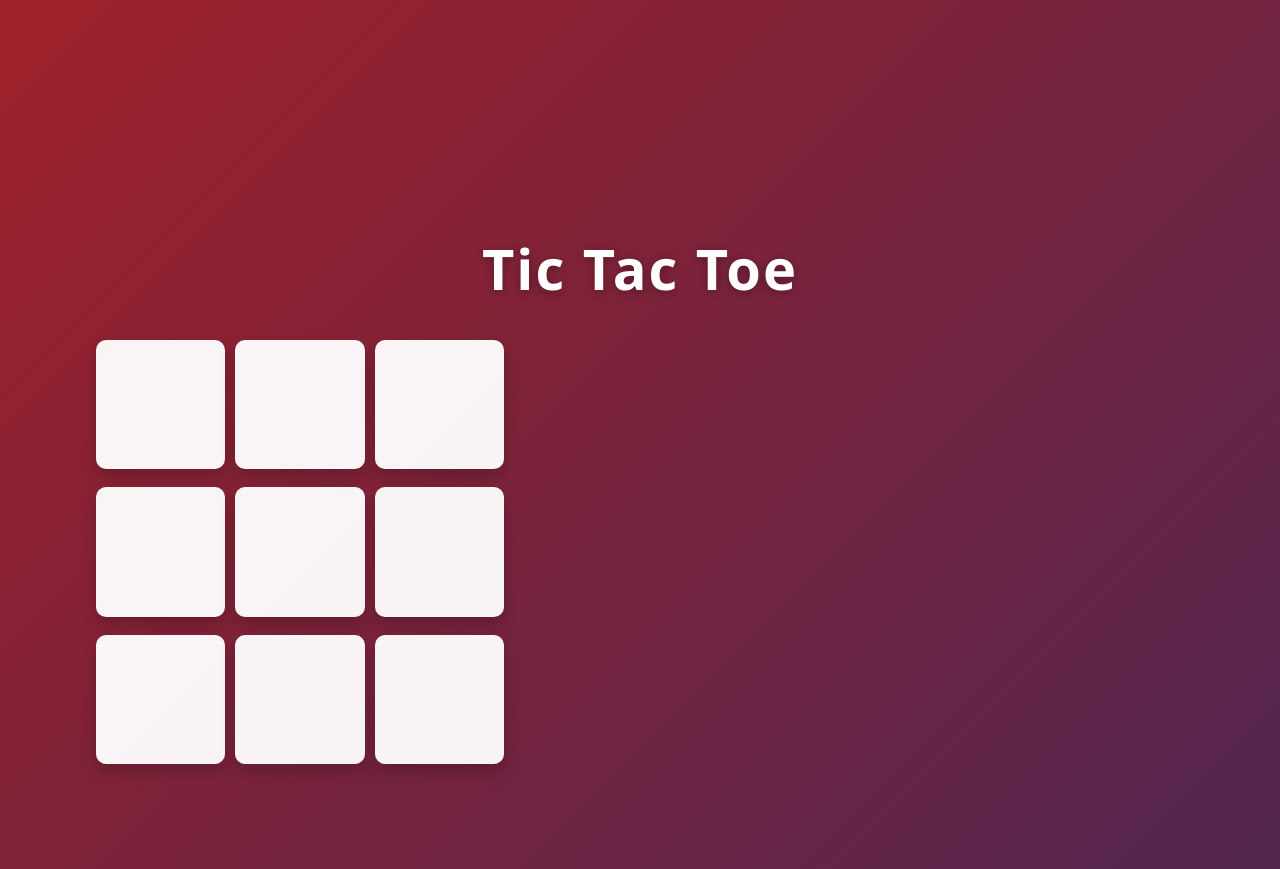
Repository: AreezAnsari/Tic-Tac-Toe
Page: Game/Game.html
These files come from the project's save history. The page is drawn as it stood at one moment and after the next save; the edit follows.
The browser window is 1280 px wide. The pictures show the whole page.

Above is the page before, as saved 2025-07-22 07:07:21.
Console error: TypeError: box.addEventListener is not a function

### Game/Game.html
<!DOCTYPE html>
<html lang="en">
<head>
    <meta charset="UTF-8">
    <meta name="viewport" content="width=device-width, initial-scale=1.0">
    <title>Document</title>
    <link rel="stylesheet" href="Game.css">
</head>
<body>

    <div class="msg-container hide">
        <p class="msg">Winner</p>
        <button class="new-btn">New Game</button>
    </div>
    <main>
        <h1>Tic Tac Toe</h1>
    <div class="container">
        <div class="game">
        <button class="box"></button>
        <button class="box"></button>
        <button class="box"></button>
        <button class="box"></button>
        <button class="box"></button>
        <button class="box"></button>
        <button class="box"></button>
        <button class="box"></button>
        <button class="box"></button>
        </div>
        </div>
        <button class="reset-btn hide">Reset</button>
    </main>
    <script src="Game.js"></script>
</body>
</html>

### Game/Game.css
* {
  margin: 0;
  padding: 0;
  box-sizing: border-box;
}

body {
    text-align: center;
    background: linear-gradient(135deg, #1a2a6c, #b21f1f, #1a2a6c);
    background-size: 400% 400%;
    animation: gradientBG 15s ease infinite;
    font-family: 'Segoe UI', Tahoma, Geneva, Verdana, sans-serif;

    /* REMOVE THESE ↓↓↓ */
    /* min-height: 100vh; */
    /* display: flex; */
    /* flex-direction: column; */
    /* align-items: center; */
    /* justify-content: center; */

    padding: 20px 0 0; /* Top padding only */
    color: #ffffff;
}

@keyframes gradientBG {
    0% { background-position: 0% 50%; }
    50% { background-position: 100% 50%; }
    100% { background-position: 0% 50%; }
}

h1 {
    color: #ffffff;
    margin: 10px 0 30px;
    font-size: 3.5rem;
    text-shadow: 0 2px 10px rgba(0,0,0,0.3);
    letter-spacing: 2px;
}

.container {
    margin-top: 30px; /* Controls top space */
    width: 100%;
    max-width: 600px;
    display: flex;
    flex-direction: column;
    align-items: center; /* ✅ This centers the inner content horizontally */
    justify-content: center;
}

.game {
    height: 60vmin;
    width: 60vmin;
    max-width: 500px;
    max-height: 500px;
    gap: 10px;
    display: flex;
    flex-wrap: wrap;
    align-items: center;
    justify-content: center;
    margin: 0 auto 30px;
    perspective: 1000px;
}

.box {
    background: rgba(255, 255, 255, 0.95);
    height: 18vmin;
    width: 18vmin;
    font-weight: bold;
    font-size: 5rem;
    border: none;
    border-radius: 10px;
    box-shadow: 0 8px 16px rgba(0, 0, 0, 0.2);
    cursor: pointer;
    transition: all 0.3s cubic-bezier(0.175, 0.885, 0.32, 1.275);
    color: #2c3e50;
    display: flex;
    align-items: center;
    justify-content: center;
}

.box:hover {
    transform: translateY(-5px) scale(1.05);
    box-shadow: 0 12px 20px rgba(0, 0, 0, 0.3);
    background: #ffffff;
}

.box:active {
    transform: scale(0.95);
}

.box.x {
    color: #e74c3c;
}

.box.o {
    color: #3498db;
}

.reset-btn, .new-btn {
    align-items: center;
    padding: 15px 30px;
    font-size: 1.1rem;
    font-weight: 600;
    background: rgba(255, 255, 255, 0.15);
    color: white;
    border: none;
    border-radius: 50px;
    cursor: pointer;
    transition: all 0.3s ease;
    backdrop-filter: blur(5px);
    box-shadow: 0 4px 15px rgba(0, 0, 0, 0.2);
    margin: 10px;
    min-width: 150px;
}

.reset-btn:hover, .new-btn:hover {
    background: rgba(255, 255, 255, 0.25);
    transform: translateY(-3px);
    box-shadow: 0 6px 20px rgba(0, 0, 0, 0.3);
}

.reset-btn:active, .new-btn:active {
    transform: translateY(1px);
}

.reset-btn {
    background: rgba(231, 76, 60, 0.7);
}

.reset-btn:hover {
    background: rgba(231, 76, 60, 0.9);
}

.new-btn {
    background: rgba(52, 152, 219, 0.7);
}

.new-btn:hover {
    background: rgba(52, 152, 219, 0.9);
}

.msg-container {
    height: auto;
    padding: 20px;
    background: rgba(255, 255, 255, 0.1);
    border-radius: 15px;
    backdrop-filter: blur(10px);
    box-shadow: 0 8px 32px rgba(0, 0, 0, 0.2);
    transition: all 0.5s ease;
    margin: 20px 0;
}

.msg {
    padding: 10px;
    font-size: 1.8rem;
    font-weight: 600;
    color: #ffffff;
    text-shadow: 0 2px 5px rgba(0,0,0,0.3);
}

.hide {
    opacity: 0;
    transform: translateY(-20px);
    pointer-events: none;
}

/* Add this for winning animation */
.box.win {
    animation: pulse 1.5s infinite;
    background: #2ecc71;
    color: white;
}

@keyframes pulse {
    0% { transform: scale(1); }
    50% { transform: scale(1.1); }
    100% { transform: scale(1); }
}

/* Responsive adjustments */
@media (max-width: 600px) {
    h1 {
        font-size: 2.5rem;
    }

    .game {
        height: 70vmin;
        width: 70vmin;
    }

    .box {
        height: 20vmin;
        width: 20vmin;
        font-size: 4rem;
    }

    .reset-btn, .new-btn {
        padding: 12px 25px;
        font-size: 1rem;
        width: 80%;
    }
}

### Game/Game.js
let box = document.querySelectorAll(".box");
let button = document.querySelector("button");
let container = document.querySelector(".container");

let value = "X";

const btn = () => {
  if (value === "X") {
    button.innerHTML = "Y";
    Value = "Y";
  } else {
    button.innerText = "X";
    Value = "X";
  }
};

box.addEventListener("click", btn);

After the next save:
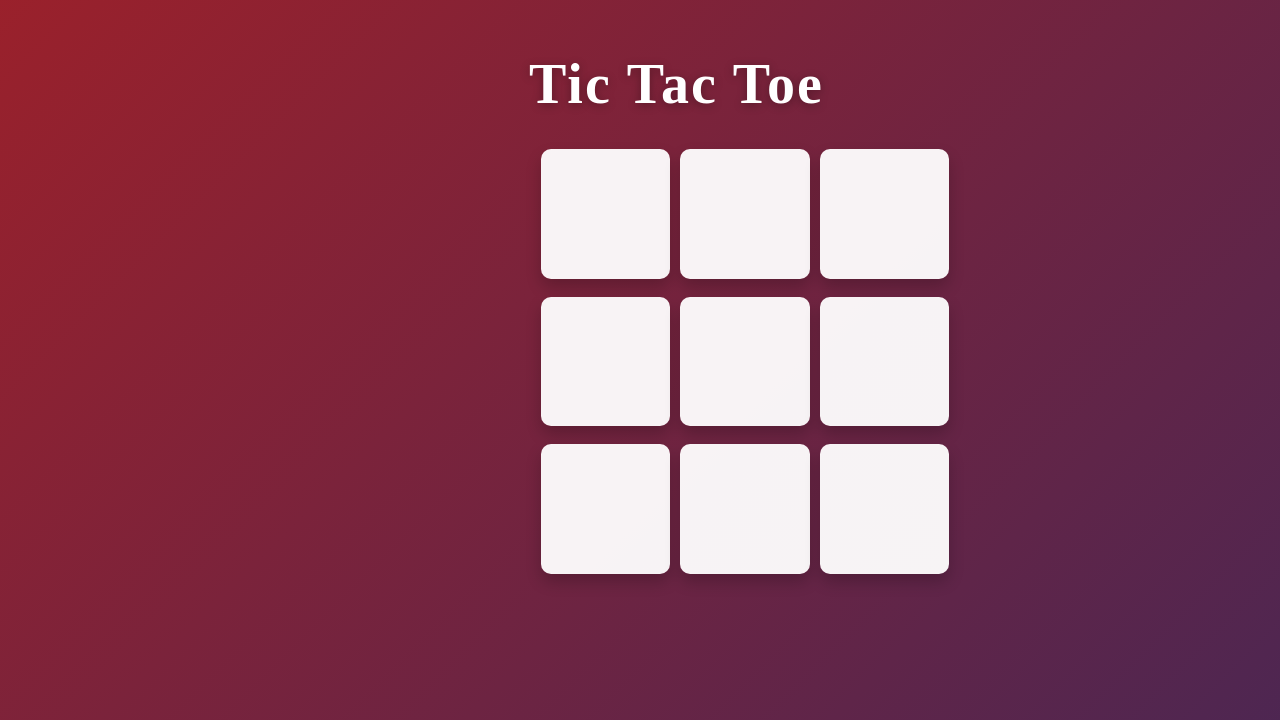
Saved 39 s later.
--- a/Game/Game.css
+++ b/Game/Game.css
@@ -5,21 +5,15 @@
 }
 
 body {
-    text-align: center;
+    margin: 0;
+    padding: 0;
+    display: flex;
+    align-items: center;
+    justify-content: center;
+    min-height: 100vh;
     background: linear-gradient(135deg, #1a2a6c, #b21f1f, #1a2a6c);
     background-size: 400% 400%;
     animation: gradientBG 15s ease infinite;
-    font-family: 'Segoe UI', Tahoma, Geneva, Verdana, sans-serif;
-
-    /* REMOVE THESE ↓↓↓ */
-    /* min-height: 100vh; */
-    /* display: flex; */
-    /* flex-direction: column; */
-    /* align-items: center; */
-    /* justify-content: center; */
-
-    padding: 20px 0 0; /* Top padding only */
-    color: #ffffff;
 }
 
 @keyframes gradientBG {
